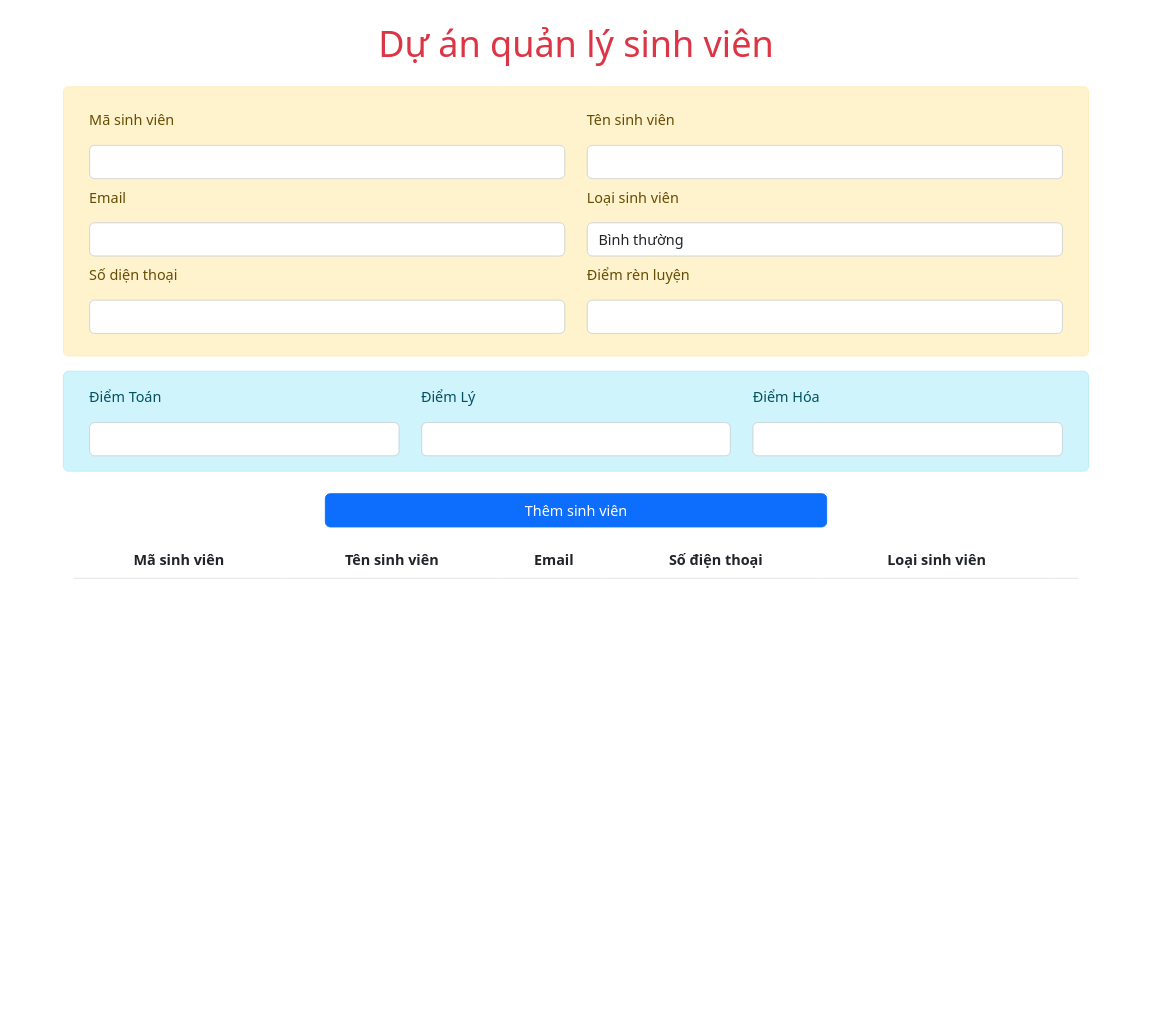
Repository: hcozyph/Cybersoft_JS_OOP
Page: index.html
The author's editor kept a copy of each file at every save. The page is drawn from the files as they stood at one save, then again after the next save.
The browser window is 1280 px wide. The pictures show the whole page, at 90% of full size.

Above is the page before, as saved 2023-02-26 11:14:17.

### index.html
<!DOCTYPE html>
<html lang="en">
    <head>
        <title>Quản lý sinh viên</title>
        <!-- Required meta tags -->
        <meta charset="utf-8" />
        <meta
            name="viewport"
            content="width=device-width, initial-scale=1, shrink-to-fit=no"
        />

        <!-- Bootstrap CSS v5.2.1 -->
        <link
            href="https://cdn.jsdelivr.net/npm/bootstrap@5.2.1/dist/css/bootstrap.min.css"
            rel="stylesheet"
            integrity="sha384-iYQeCzEYFbKjA/T2uDLTpkwGzCiq6soy8tYaI1GyVh/UjpbCx/TYkiZhlZB6+fzT"
            crossorigin="anonymous"
        />

        <!-- index.css -->
        <link rel="stylesheet" href="./assets/styles/index.css" />
    </head>

    <body>
        <div class="container" style="margin-bottom: 500px">
            <div class="title">
                <h3 class="text-center fs-1 text-danger my-4">
                    Dự án quản lý sinh viên
                </h3>
            </div>

            <div class="content">
                <div class="row alert alert-warning">
                    <div class="col-md-6 col-lg-6">
                        <div class="form-group my-2">
                            <p>Mã sinh viên</p>
                            <input class="form-control" id="maSinhVien"></input>
                        </div>

                        <div class="form-group my-2">
                            <p>Email</p>
                            <input class="form-control" id="email"></input>
                        </div>

                        <div class="form-group my-2">
                            <p>Số diện thoại</p>
                            <input class="form-control" id="soDienThoai"></input>
                        </div>
                    </div>

                    <div class="col-md-6 col-lg-6">
                        <div class="form-group my-2">
                            <p>Tên sinh viên</p>
                            <input class="form-control" id="tenSinhVien"></input>
                        </div>

                        <div class="form-group my-2">
                            <p>Loại sinh viên</p>
                            <select class="form-control" id="loaiSinhVien">
                                <option value="Bình thường">Bình thường</option>
                                <option value="Khó khăn">Khó khăn</option>
                            </select>
                        </div>

                        <div class="form-group my-2">
                            <p>Điểm rèn luyện</p>
                            <input type="number" class="form-control" id="diemRenLuyen">
                        </div>
                    </div>
                </div>

                <div class="alert alert-info row mt-2">
                    <div class="col-md-4">
                        <p>Điểm Toán</p>
                        <input type="number" id="diemToan" class="form-control" >
                    </div>
                    <div class="col-md-4">
                        <p>Điểm Lý</p>
                        <input type="number" id="diemLy" class="form-control" >
                    </div>
                    <div class="col-md-4">
                        <p>Điểm Hóa</p>
                        <input type="number" id="diemHoa" class="form-control" >
                    </div>
                </div>

                <div class="my-2 text-center">
                    <button class="btn btn-primary my-2 w-50 w-lg-25" id="btnThemSinhVien">Thêm sinh viên</button>
                </div>

                <table class="table mt-2">
                    <thead>
                        <tr style="    vertical-align: baseline; text-align: center;">
                            <th>Mã sinh viên</th>
                            <th>Tên sinh viên</th>
                            <th>Email</th>
                            <th>Số điện thoại</th>
                            <th>Loại sinh viên</th>
                            <th></th>
                        </tr>
                    </thead>

                    <tbody id="tblSinhVien">
                        <!-- <td>
                            <tr></tr>
                            <tr></tr>
                        </td> -->
                    </tbody>
                </table>

            </div>
        </div>

        <!-- Bootstrap JavaScript Libraries -->
        <script
            src="https://cdn.jsdelivr.net/npm/@popperjs/core@2.11.6/dist/umd/popper.min.js"
            integrity="sha384-oBqDVmMz9ATKxIep9tiCxS/Z9fNfEXiDAYTujMAeBAsjFuCZSmKbSSUnQlmh/jp3"
            crossorigin="anonymous"
        ></script>

        <script
            src="https://cdn.jsdelivr.net/npm/bootstrap@5.2.1/dist/js/bootstrap.min.js"
            integrity="sha384-7VPbUDkoPSGFnVtYi0QogXtr74QeVeeIs99Qfg5YCF+TidwNdjvaKZX19NZ/e6oz"
            crossorigin="anonymous"
        ></script>

        <!-- models -->
        <script src="./models/SinhVien.js"></script>

        <!-- controller js -->
        <script src="./controllers/js/index.js"></script>
    </body>
</html>

### models/SinhVien.js
///--Đặt tên file -- Chữ cái đầu tiên VIẾT HOA

//---Định nghĩa prototype SinhVien

function SinhVien() {
    //input: sv: SinhVien
    this.maSinhVien = '';
    this.email = '';
    this.soDienThoai = '';
    this.tenSinhVien = '';
    this.loaiSinhVien = '';
    this.diemRenLuyen = '';

    this.diemToan = '';
    this.diemLy = '';
    this.diemHoa = '';


}

### controllers/js/index.js
////----MÔ HÌNH MVC
/*
    M [model]       -- nơi chứa các file js là prototype (class)
    V [view]        -- nơi chứa các file giao diện (.html)
    C [controller]  -- các file điều hướng giao diện (index.html => index.js, qlsp.html => qlsp.js)

    ---------------------------------------------------

    util    -- chứa các file dùng chung cho dự án (ví dụ: các method sử dụng ở các dự án trước, hoặc libs [thư viện js] )
    assets  -- là folder chứa tài nguyên của hệ thống (img, audio, viddeo, css, font,...)

*/

function getEle(n) {
    return document.getElementById(n);
}

function querySelector(n) {
    return document.querySelector(n);
}
////////////////////

var mangSinhVien = [];

getEle('btnThemSinhVien').onclick = function () {
    //input: sinhVien: SinhVien
    var sv = new SinhVien();
    console.log(sv);

    sv.maSinhVien = querySelector('#maSinhVien').value;
    sv.tenSinhVien = querySelector('#tenSinhVien').value;
    sv.email = querySelector('#email').value;
    sv.soDienThoai = querySelector('#soDienThoai').value;

    sv.loaiSinhVien = querySelector('#loaiSinhVien').value;
    sv.diemRenLuyen = querySelector('#diemRenLuyen').value;

    sv.diemToan = querySelector('#diemToan').value;
    sv.diemLy = querySelector('#diemLy').value;
    sv.diemHoa = querySelector('#diemHoa').value;

    //output:
    //Mỗi lần click thêm sinh viên => thêm vào mảng 1 object
    mangSinhVien.push(sv);
    console.log('mảng sinh viên', mangSinhVien);

    //Từ mảng tạo ra giao diện
    renderTableSinhVien(mangSinhVien);

}

/////////---------CÁCH 2 : LẬP TRÌNH HƯỚNG ĐỐI TƯỢNG----------//////
function renderTableSinhVien (arrSinhVien) {
    //input là mangSinhVien = [{maSinhVien:1,tenSinhViwn:'A'},{maSinhVien:2,tenSinhViwn:'B'},]
    var htmlString = '';

    for ( var index = 0; index < arrSinhVien.length; index++) {
        var sv = arrSinhVien[index];
        htmlString += `
            <tr>
                <td>${sv.maSinhVien}</td>
                <td>${sv.tenSinhVien}</td>
                <td>${sv.email}</td>
                <td>${sv.soDienThoai}</td>
                <td>${sv.loaiSinhVien}</td>
                <td>
                <button class="btn btn-danger" onclick="xoaSinhVien(${index})">Xóa</button>
                </td>
            </tr>
        `
    }

    document.querySelector('tbody').innerHTML = htmlString;
    return htmlString; ///'<tr>....</tr>'
}

//mangSinhVien.splice(index,1)
function xoaSinhVien(index) {
    // alert(indexDel,1);
    ///Xử lý xóa object sinh viên trên mảng dauwj vào index
    mangSinhVien.splice(index,1);
    //Gọi hàm tạo lại table sinh viên
    renderTableSinhVien(mangSinhVien);
}
//////--END-------CÁCH 2 : LẬP TRÌNH HƯỚNG ĐỐI TƯỢNG---///////




    /*
        /////////---------CÁCH 2 : LẬP TRÌNH HƯỚNG ĐỐI TƯỢNG----------/////
    var htmlString = `
        <tr>
            <td>${sv.maSinhVien}</td>
            <td>${sv.tenSinhVien}</td>
            <td>${sv.email}</td>
            <td>${sv.soDienThoai}</td>
            <td>${sv.loaiSinhVien}</td>
            <td>
                <button class="btn btn-danger">Xóa</button>
            </td>
        </tr>
    `;

    querySelector('tbody').innerHTML += htmlString;
    */



    /////////---------CÁCH 1 : LẬP TRÌNH HƯỚNG GIAO DIỆN----------/////
    // //--Step 1: tạo thẻ tr
    // var tr = document.createElement('tr');

    // //--Step 2: tạo ra các thẻ td từ sv (thông tin sinh viên)
    // var tdMaSv = document.createElement('td');
    // tdMaSv.innerHTML = sv.maSinhVien;
    // var tdTenSinhVien = document.createElement('td');
    // tdTenSinhVien.innerHTML = sv.tenSinhVien;
    // var tdEmail = document.createElement('td');
    // tdEmail.innerHTML = sv.email;


    // var tdLoaiSinhVien = document.createElement('td');
    // tdLoaiSinhVien.innerHTML = sv.loaiSinhVien;
    // var tdSoDienThoai = document.createElement('td');
    // tdSoDienThoai.innerHTML = sv.soDienThoai;
    // var tdDiemRenLuyen = document.createElement('td');
    // tdDiemRenLuyen.innerHTML = sv.diemRenLuyen;


    // var tdDiemToan = document.createElement('td');
    // tdDiemToan.innerHTML = sv.diemToan;
    // var tdDiemLy = document.createElement('td');
    // tdDiemLy.innerHTML = sv.diemLy;
    // var tdDiemHoa = document.createElement('td');
    // tdDiemHoa.innerHTML = sv.diemHoa;

    // /////------btnXoa
    // var btnXoa = document.createElement('button');
    // btnXoa.className = 'btn btn-danger';
    // btnXoa.innerHTML = 'Xóa';
    // btnXoa.onclick = function () {
    //     //Xóa đi thẻ tr chứa nút này
    //     //parentElement: node(thẻ) cha của thẻ đó

    //     //----remove(): xóa thẻ
    //     // btnXoa.parentElement.parentElement.remove();----

    //     //closest(selector): truy xuất đến selector gần nhất
    //     btnXoa.closest('tr').remove();
    // }

    // var tdChucNang = document.createElement('td');
    // tdChucNang.appendChild(btnXoa);
    // /////End------btnXoa


    // //----ĐƯA CÁC THẺ TD VÀO TR
    // tr.appendChild(tdMaSv);
    // tr.appendChild(tdTenSinhVien);
    // tr.appendChild(tdEmail);

    // tr.appendChild(tdSoDienThoai);
    // tr.appendChild(tdLoaiSinhVien);
    // // tr.appendChild(tdDiemRenLuyen);

    // // tr.appendChild(tdDiemToan);
    // // tr.appendChild(tdDiemLy);
    // // tr.appendChild(tdDiemHoa);

    // tr.appendChild(tdChucNang);

    // //Đưa thẻ tr lên giao diện
    // querySelector('tbody').appendChild(tr);

Loaded but not shown: assets/styles/index.css (no stored copy; drawn as an empty file)

After the next save:
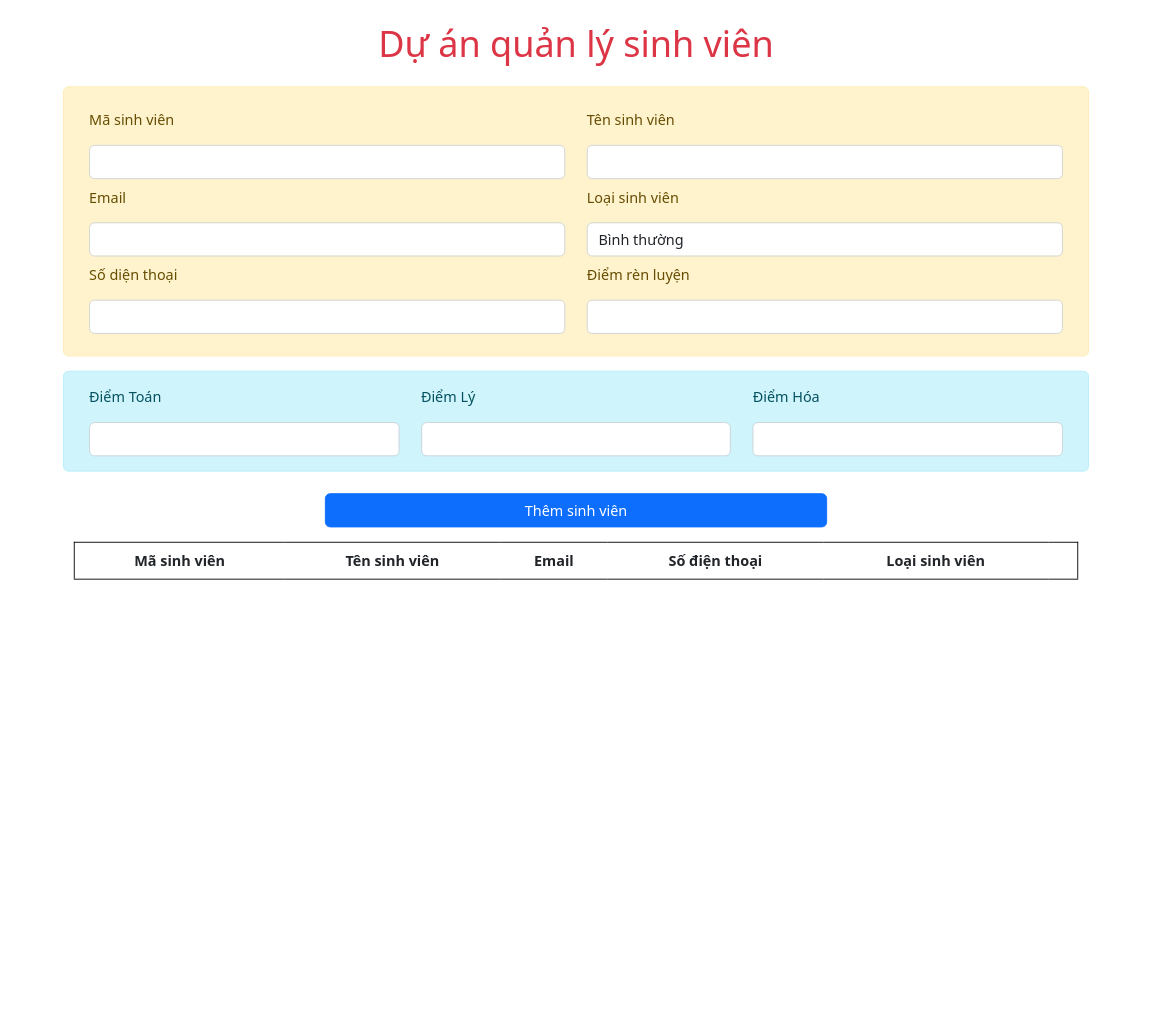
Saved 15 s later.
--- a/index.html
+++ b/index.html
@@ -90,7 +90,7 @@
 
                 <table class="table mt-2">
                     <thead>
-                        <tr style="    vertical-align: baseline; text-align: center;">
+                        <tr style="    vertical-align: baseline; text-align: center; border: 1px solid black;">
                             <th>Mã sinh viên</th>
                             <th>Tên sinh viên</th>
                             <th>Email</th>

After the save that followed:
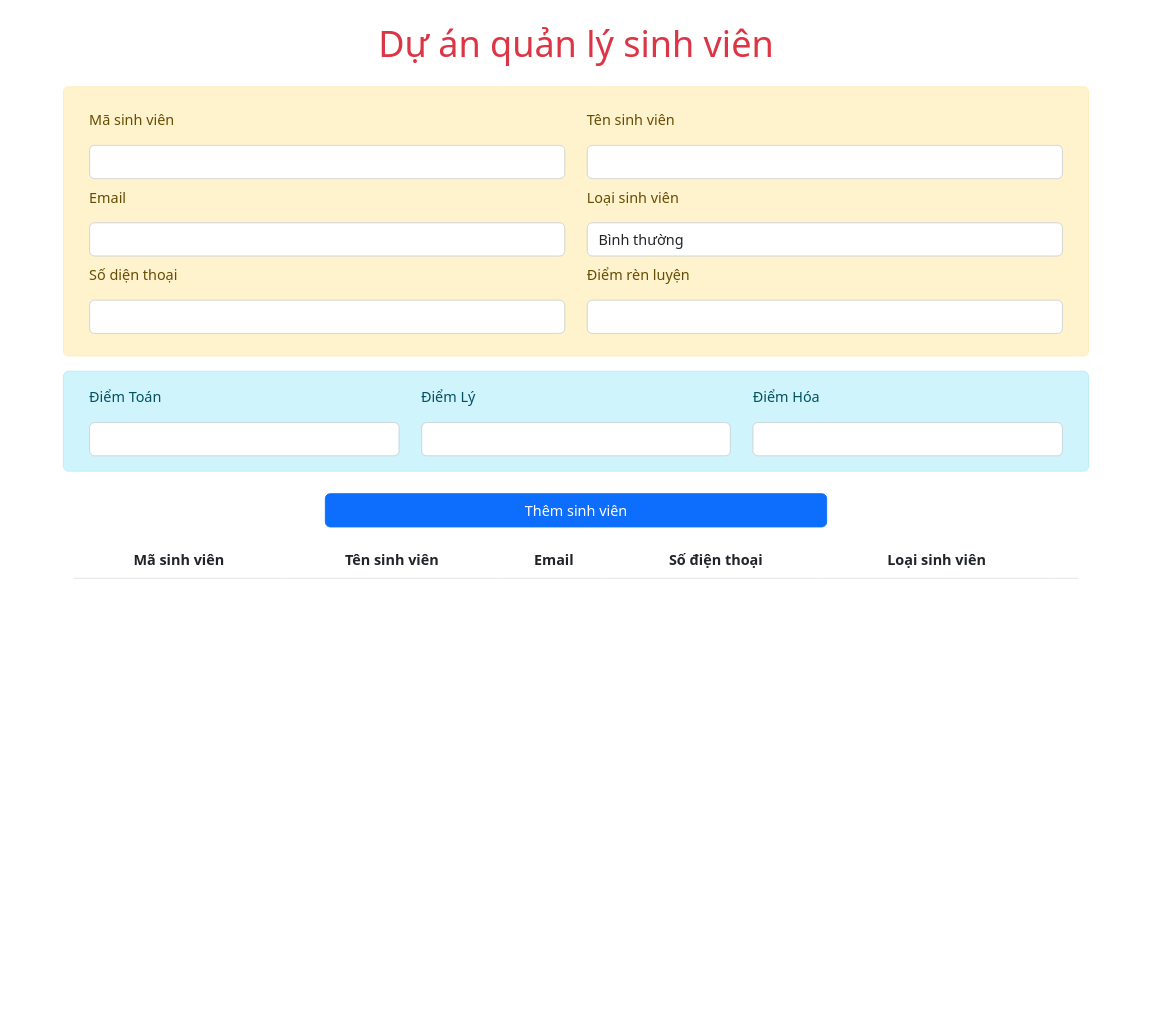
Saved 15 s later.
--- a/index.html
+++ b/index.html
@@ -90,7 +90,7 @@
 
                 <table class="table mt-2">
                     <thead>
-                        <tr style="    vertical-align: baseline; text-align: center; border: 1px solid black;">
+                        <tr style="    vertical-align: baseline; text-align: center;">
                             <th>Mã sinh viên</th>
                             <th>Tên sinh viên</th>
                             <th>Email</th>
